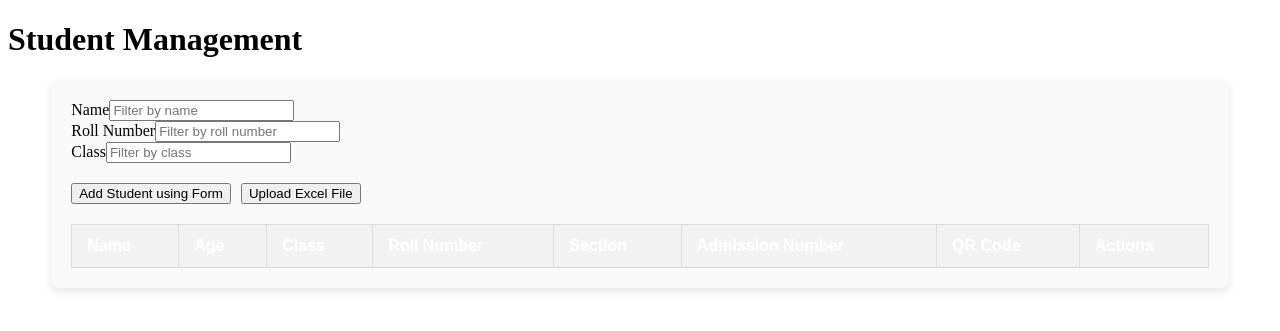
Repository: Hitesh8980/Student_Management
Page: / (app in Front-end/)
An editor plug-in stored every save of this project. The page is shown before and after the next save, followed by the edit.
The browser window is 1280 px wide. The pictures show the whole page.
The page's requests for data from a server got no answer. The project was rebuilt for these pictures with package versions that can differ from the ones it lists, and the page was loaded fresh each time. No one was signed in, and anything a server would have sent is missing. Also part of the build but not shown: Front-end/vite.config.js, Front-end/src/components/QrcodeGenerator.jsx, Front-end/src/components/StudentForm.jsx, Front-end/src/components/Fileupload.jsx.

Above is the page before, as saved 2024-09-18 16:48:03.

After the next save:
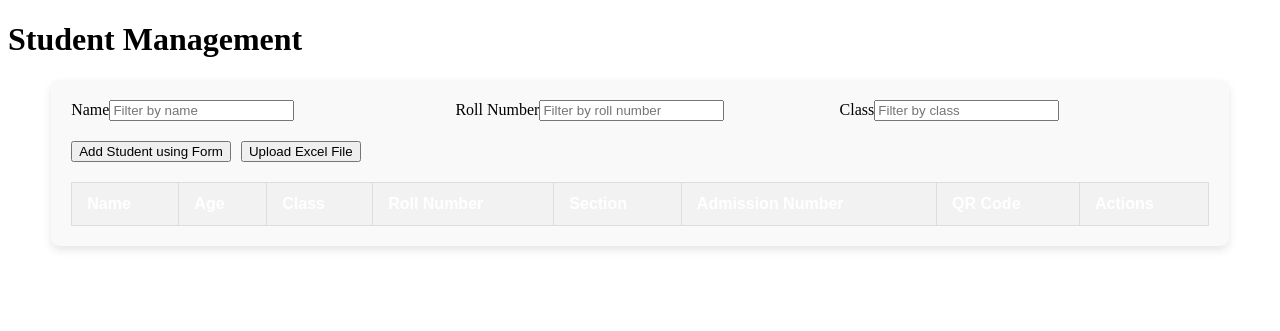
Saved 4 min 25 s later.
--- a/Front-end/src/components/Studentlist.jsx
+++ b/Front-end/src/components/Studentlist.jsx
@@ -81,46 +81,40 @@ function StudentList() {
   return (
     <div className="table-container">
       {/* Filter Form */}
-      <Form className="filter-form">
-        <Row>
-          <Col md={4}>
-            <Form.Group controlId="filterName">
-              <Form.Label>Name</Form.Label>
-              <Form.Control
-                type="text"
-                placeholder="Filter by name"
-                name="name"
-                value={filters.name}
-                onChange={handleFilterChange}
-              />
-            </Form.Group>
-          </Col>
-          <Col md={4}>
-            <Form.Group controlId="filterRollNumber">
-              <Form.Label>Roll Number</Form.Label>
-              <Form.Control
-                type="text"
-                placeholder="Filter by roll number"
-                name="rollNumber"
-                value={filters.rollNumber}
-                onChange={handleFilterChange}
-              />
-            </Form.Group>
-          </Col>
-          <Col md={4}>
-            <Form.Group controlId="filterClass">
-              <Form.Label>Class</Form.Label>
-              <Form.Control
-                type="text"
-                placeholder="Filter by class"
-                name="class"
-                value={filters.class}
-                onChange={handleFilterChange}
-              />
-            </Form.Group>
-          </Col>
-        </Row>
-      </Form>
+      <Form className="filter-form" style={{ display: 'flex', flexWrap: 'wrap', gap: '15px', justifyContent: 'space-between' }}>
+  <Form.Group controlId="filterName" style={{ flex: '1 1 30%' }}>
+    <Form.Label>Name</Form.Label>
+    <Form.Control
+      type="text"
+      placeholder="Filter by name"
+      name="name"
+      value={filters.name}
+      onChange={handleFilterChange}
+    />
+  </Form.Group>
+
+  <Form.Group controlId="filterRollNumber" style={{ flex: '1 1 30%' }}>
+    <Form.Label>Roll Number</Form.Label>
+    <Form.Control
+      type="text"
+      placeholder="Filter by roll number"
+      name="rollNumber"
+      value={filters.rollNumber}
+      onChange={handleFilterChange}
+    />
+  </Form.Group>
+
+  <Form.Group controlId="filterClass" style={{ flex: '1 1 30%' }}>
+    <Form.Label>Class</Form.Label>
+    <Form.Control
+      type="text"
+      placeholder="Filter by class"
+      name="class"
+      value={filters.class}
+      onChange={handleFilterChange}
+    />
+  </Form.Group>
+</Form>
 
       {/* Buttons to toggle forms */}
       <div className="button-group" style={{ margin: "20px 0" }}>
